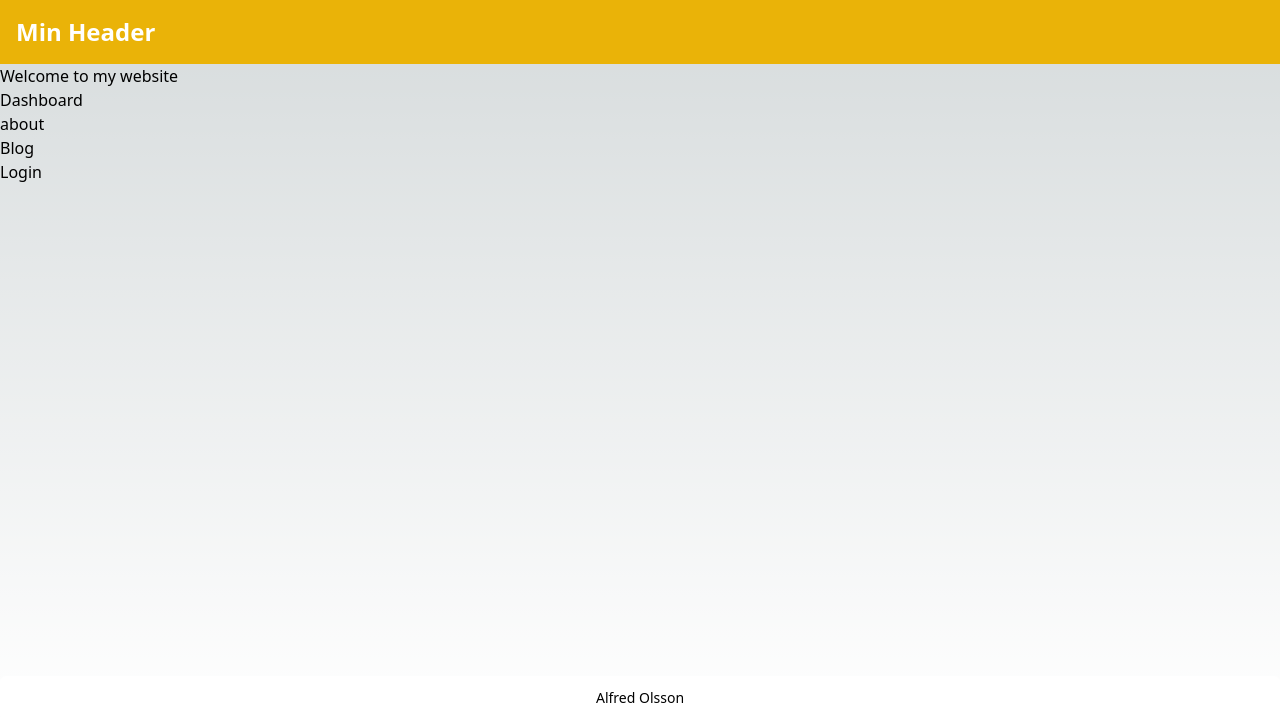
Repository: AlligatorAffe/NextWebsite
Page: /
These files come from the project's save history. The page is drawn as it stood at one moment and after the next save; the edit follows.
The browser window is 1280 px wide. The pictures show the whole page.
The project was rebuilt for these pictures with package versions that can differ from the ones it lists, and the page was loaded fresh each time. The framework's server and built-in components were replaced by stand-ins that run in the browser. Also part of the build but not shown: next.config.js.

Above is the page before, as saved 2024-01-04 21:32:38.

After the next save:
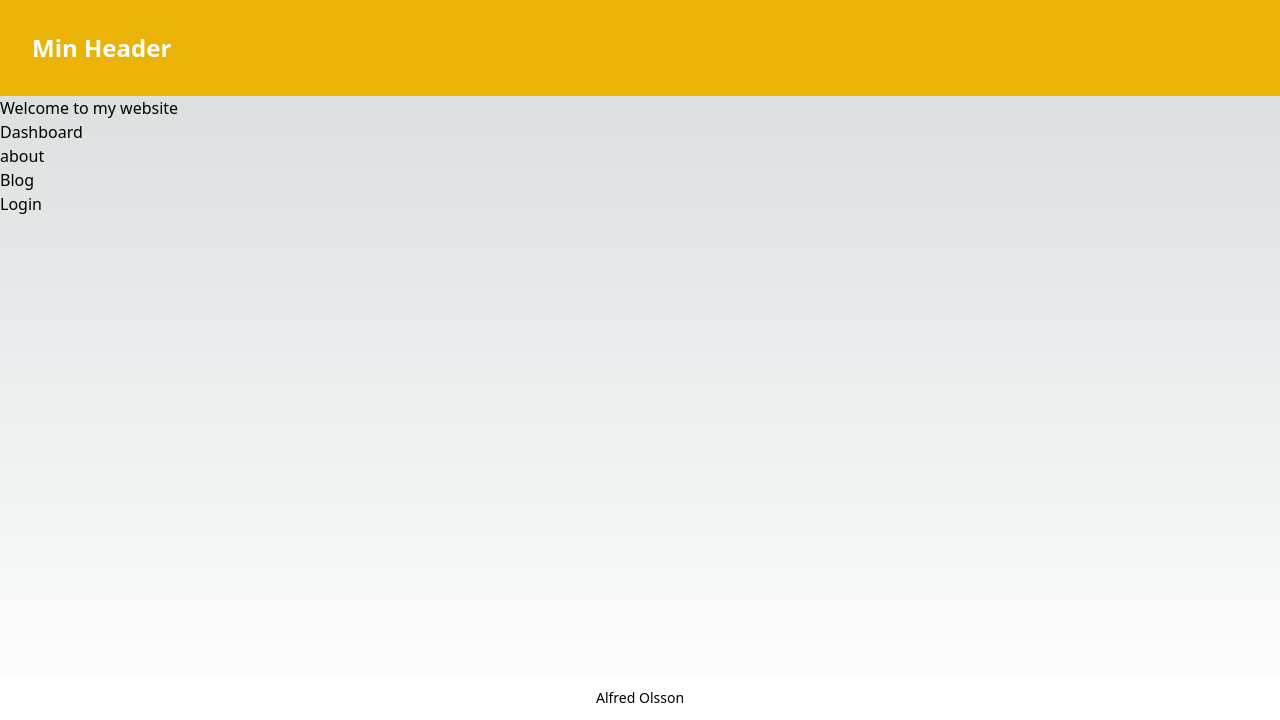
Saved 29 s later.
--- a/app/layout.tsx
+++ b/app/layout.tsx
@@ -50,7 +50,7 @@ export default function RootLayout({
     <html lang="en">
       <body className="flex flex-col min-h-screen">
         <div className="flex-grow">
-          <header className="bg-yellow-500 p-4">
+          <header className="bg-yellow-500 p-8">
             <h1 className="text-2xl font-bold text-white">Min Header</h1>
           </header>
           {children}
